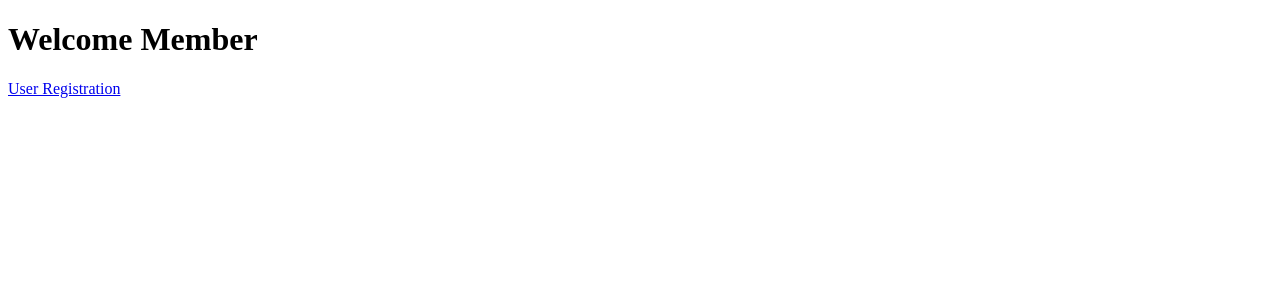
Repository: ViniciusBeletella/project-jsp
Page: http://localhost/project-jsp/member.jsp
These files come from the project's save history. The page is drawn as it stood at one moment and after the next save; the edit follows.
The browser window is 1280 px wide. The pictures show the whole page.
The page is served by Tomcat 9.

Above is the page before, as saved 2019-12-10 11:07:32.

After the next save:
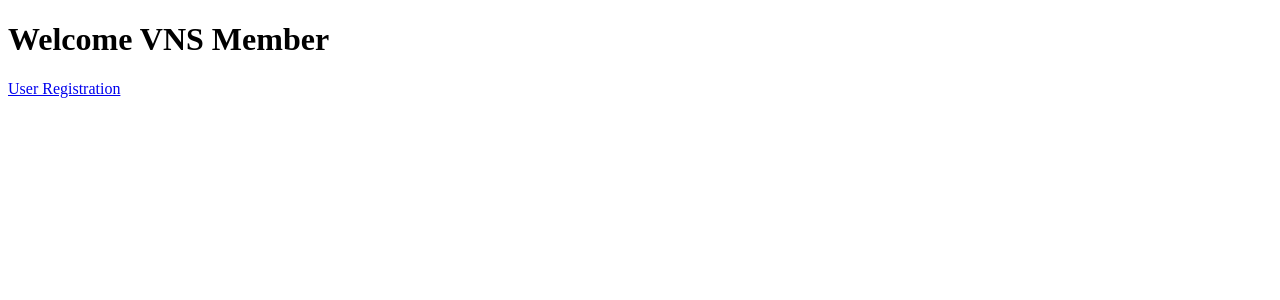
Saved 41 s later.
--- a/project-jsp/WebContent/member.jsp
+++ b/project-jsp/WebContent/member.jsp
@@ -7,7 +7,7 @@
 <title> Welcome - Access OK</title>
 </head>
 <body>
-<h1>Welcome Member </h1>
+<h1>Welcome VNS Member </h1>
 
 	<a href="userRegistration.jsp"> User Registration</a>
 </body>
